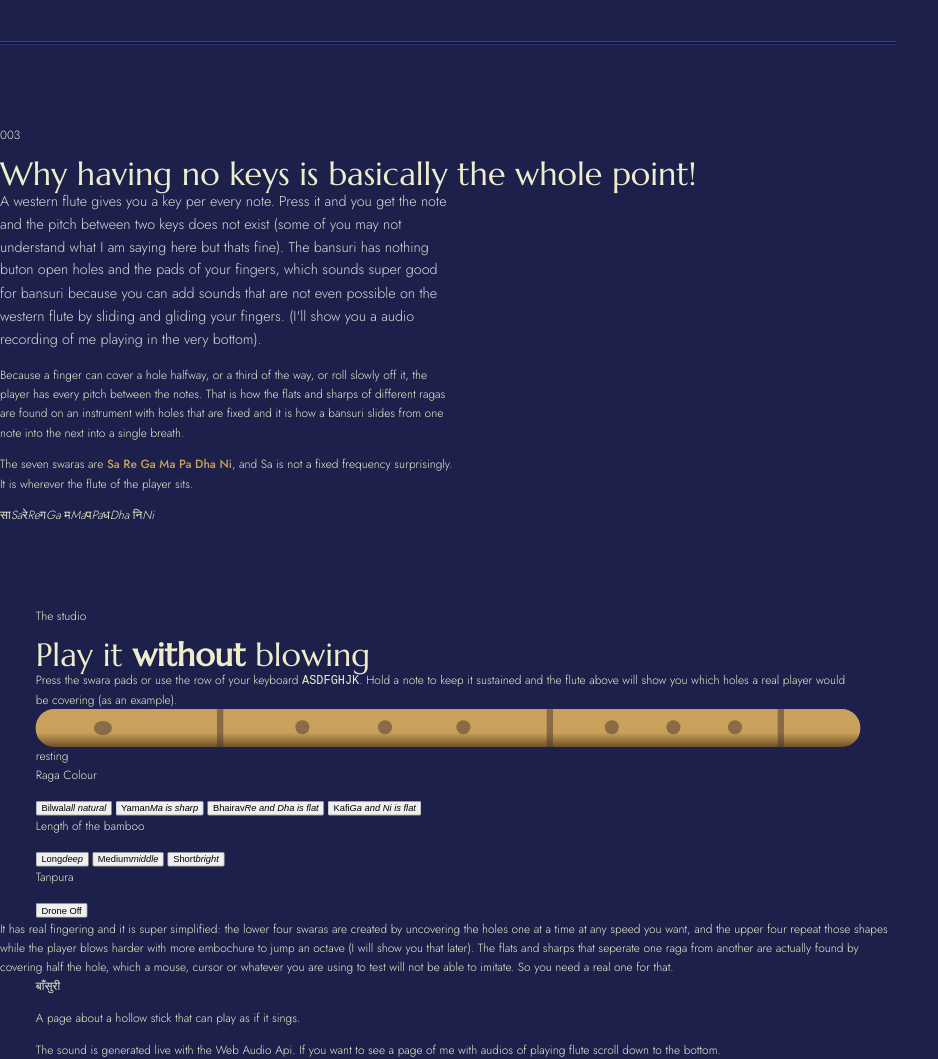
Repository: manayparikh1/Bansi
Page: index.html
An editor plug-in stored every save of this project. The page is shown before and after the next save, followed by the edit.
The browser window is 1280 px wide. The page is 1340 px wide, so the pictures cover 1340 px, including what lies to the right of the window. The pictures show the part of the page from y = 4180 to 6020 px (the page is 5693 px tall before and 6020 px after), at 70% of full size.

Above is the page before, as saved 2026-09-21 15:05:14.

After the next save:
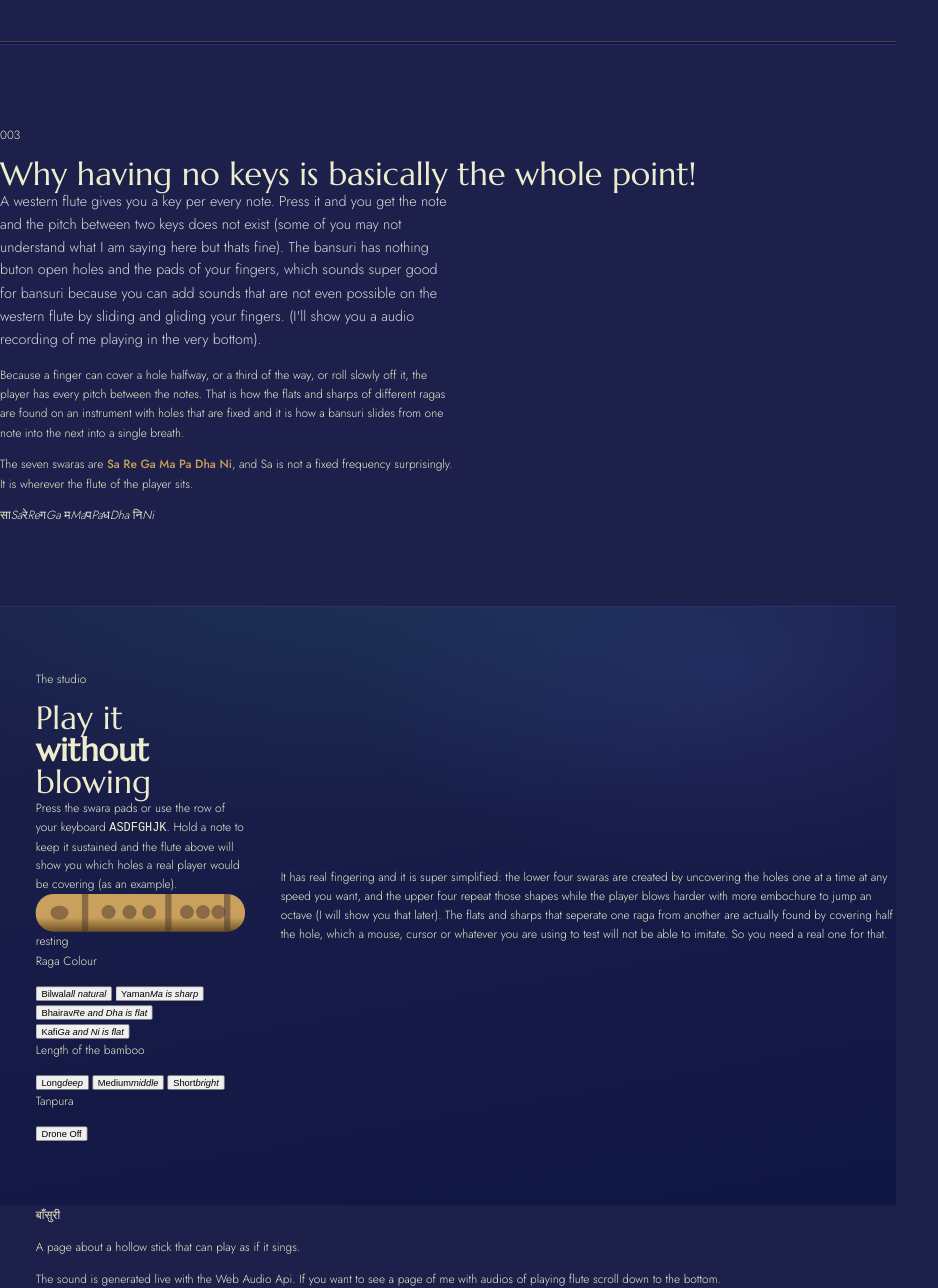
Saved 7 min 17 s later.
--- a/style.css
+++ b/style.css
@@ -431,3 +431,16 @@ h2 {
 }
 
 /*studio*/
+
+.thestudio {
+    min-height: 100vh;
+    min-height: 100svh;
+    display: flex;
+    align-items: center;
+    padding: clamp(60px, 7vw, 100px) 0;
+    background:
+        radial-gradient(1100px 548px at 42% -10%, rgba(31, 165, 160, 0.14) 0%, transparent 75%),
+        radial-gradient(760px 423px at 80% 10%, rgba(48, 57, 125, 0.4) 0%, transparent 70%),
+        linear-gradient(170deg, var(--night), var(--deep));
+    border-top: 1px solid var(--violet);
+}
